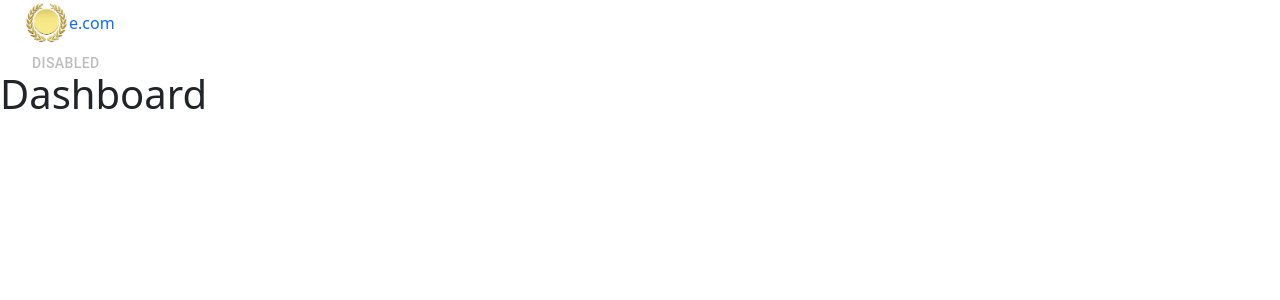
Repository: gautamsonam011/admin-react-dashboard
Page: /
The author's editor kept a copy of each file at every save. The page is drawn from the files as they stood at one save, then again after the next save.
The browser window is 1280 px wide. The pictures show the whole page.
The project was rebuilt for these pictures with package versions that can differ from the ones it lists, and the page was loaded fresh each time.

Above is the page before, as saved 2025-04-13 21:45:22.

After the next save:
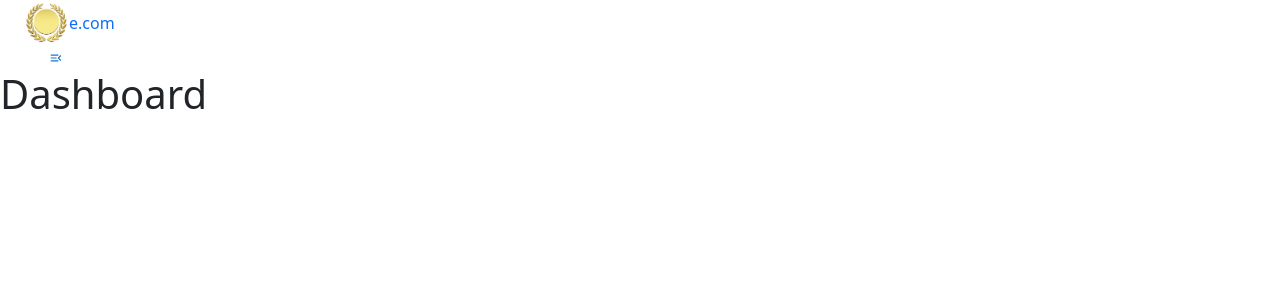
Saved 2 min 9 s later.
--- a/src/components/Header/index.jsx
+++ b/src/components/Header/index.jsx
@@ -18,8 +18,8 @@ const Header = () =>{
                         <spam className="ml-2">e.com</spam>
                         </Link>
                     </div>
-                    <div className="col-xs-3">
-                    <Button disabled>Disabled</Button>
+                    <div className="col-xs-3 d-flex align-items-center">
+                    <Button><MdMenuOpen/></Button>
                     </div>
                     <div>
 
